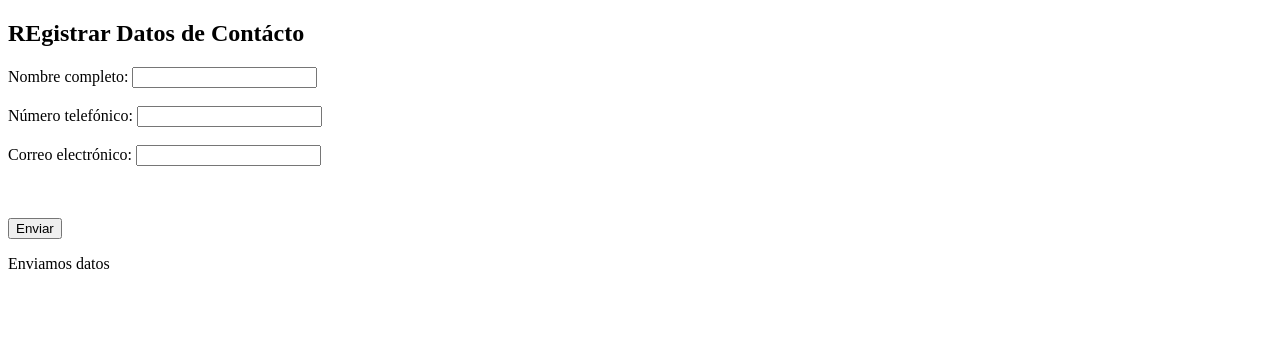
Repository: UVMCoyoacan/VEFY
Page: formularioCV.html
An editor plug-in stored every save of this project. The page is shown before and after the next save, followed by the edit.
The browser window is 1280 px wide. The pictures show the whole page.

Above is the page before, as saved 2024-03-01 11:34:14.

After the next save:
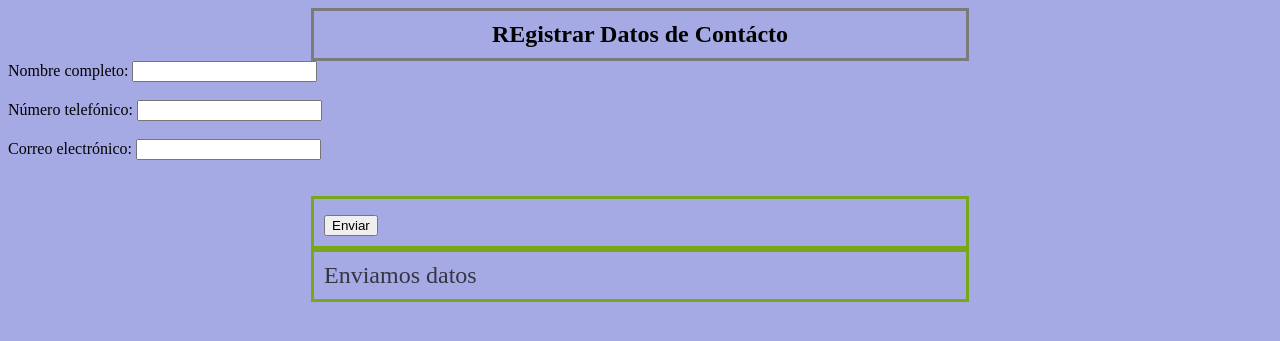
Saved 55 s later.
--- a/formularioCV.html
+++ b/formularioCV.html
@@ -1,7 +1,12 @@
 <!DOCTYPE html>
 <html>
   <head>
-    <meta charset="UTF-8" />
+    <link rel="stylesheet" href="estilo.css"/>
+    <link rel="stylesheet" href="estilo1.css"/>
+    <link rel="stylesheet" href="estilo2.css"/>
+    <link rel="stylesheet" href="estilo3.css"/>
+    <link rel="stylesheet" href="estilo4.css"/>
+    <meta charset="utf-8" />
   </head>
 <body>
 
